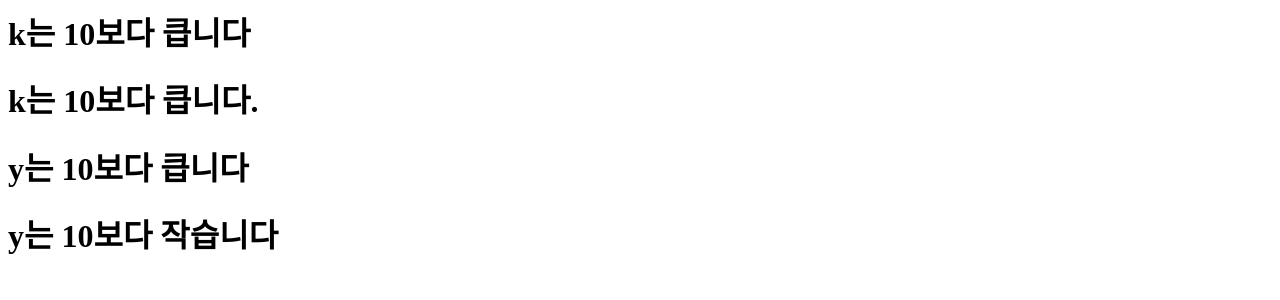
Repository: jjungee/DDIT-JSP
Page: http://localhost/JSP_JSTL/if.jsp
These files come from the project's save history. The page is drawn as it stood at one moment and after the next save; the edit follows.
The browser window is 1280 px wide. The pictures show the whole page.
The page is served by Tomcat 9.

Above is the page before, as saved 2020-11-02 02:15:56.

After the next save:
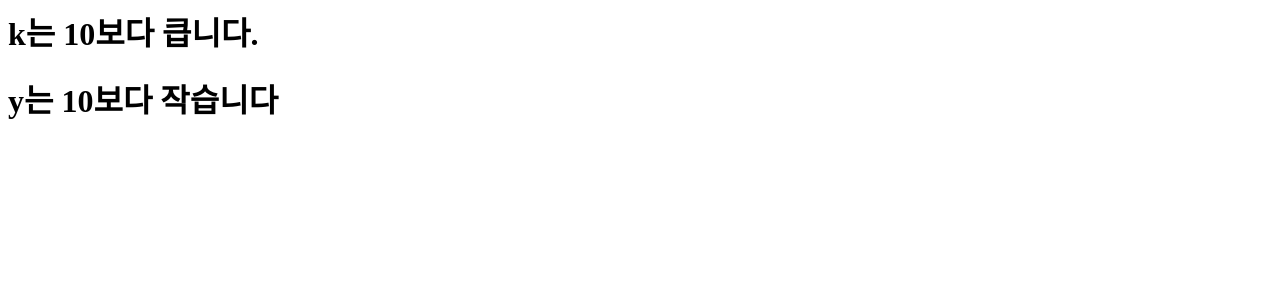
Saved 60 s later.
--- a/JSP_JSTL/WebContent/if.jsp
+++ b/JSP_JSTL/WebContent/if.jsp
@@ -4,24 +4,24 @@
 
 <%@ taglib prefix="c" uri="http://java.sun.com/jsp/jstl/core" %>
 
-<% int k =11;
+<%-- <% int k =11;
    if (k > 10){
    out.println("<h1>k는 10보다 큽니다</h1>");
    }
-%>
+%> --%>
 
 <c:set var="k" value="11" />
 <c:if test="${k>10 }" >
    <h1>k는 10보다 큽니다.</h1>
 </c:if>
 
-<% int y =11;
+<%-- <% int y =11;
    if (y > 10){
    out.println("<h1>y는 10보다 큽니다</h1>");
    }else{
    out.println("<h1>y는 10보다 작습니다</h1>");
    }
-%>
+%> --%>
 
 <c:set var="y" value="10" />
 <c:choose>
